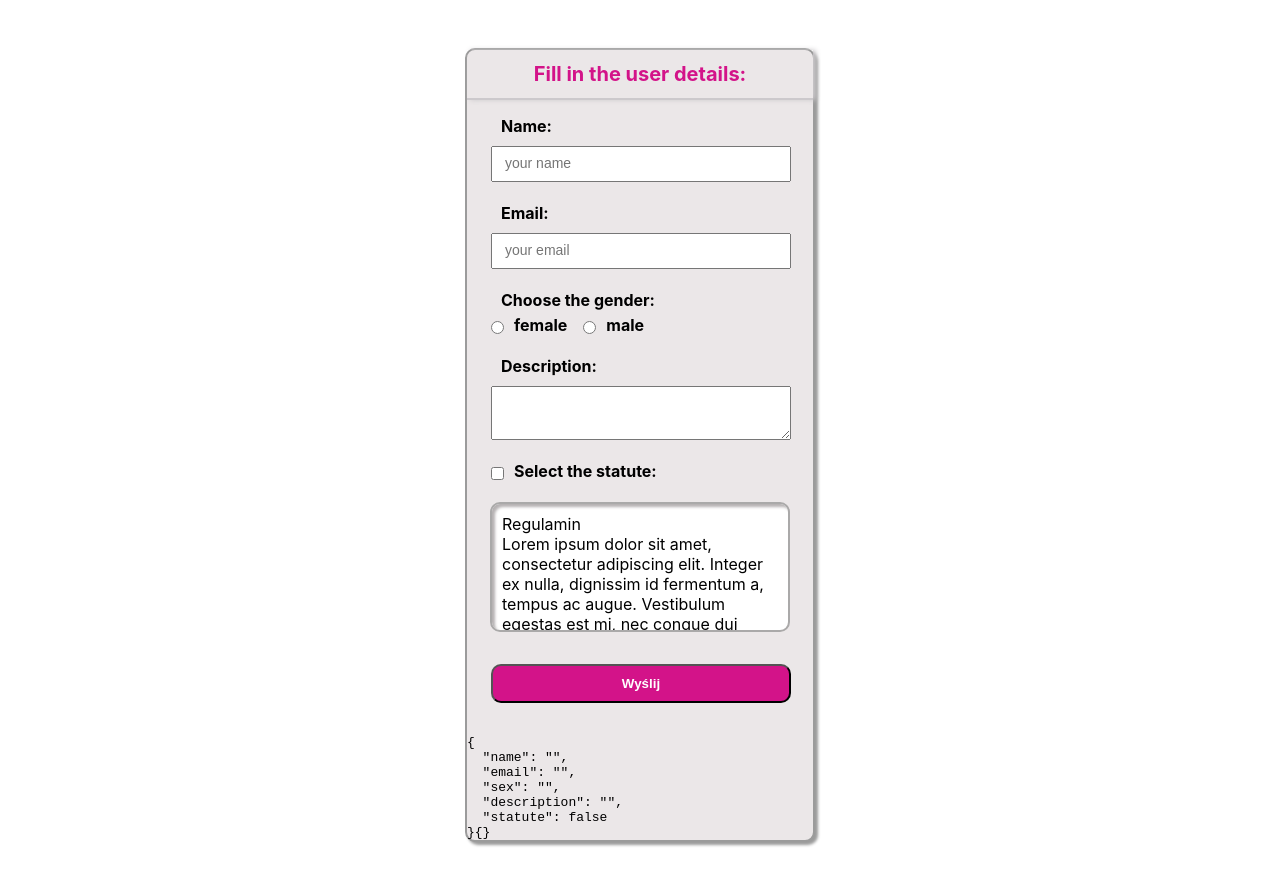
Repository: KrzysKolo/sr_tydzien4_zad3
Page: /
The author's editor kept a copy of each file at every save. The page is drawn from the files as they stood at one save, then again after a run of saves.
The browser window is 1280 px wide. The pictures show the whole page.
The project was rebuilt for these pictures with package versions that can differ from the ones it lists, and the page was loaded fresh each time. Also part of the build but not shown: src/components/FormComponents/TextError.js.

Above is the page before, as saved 2020-11-20 10:45:21.

After the next 2 saves:
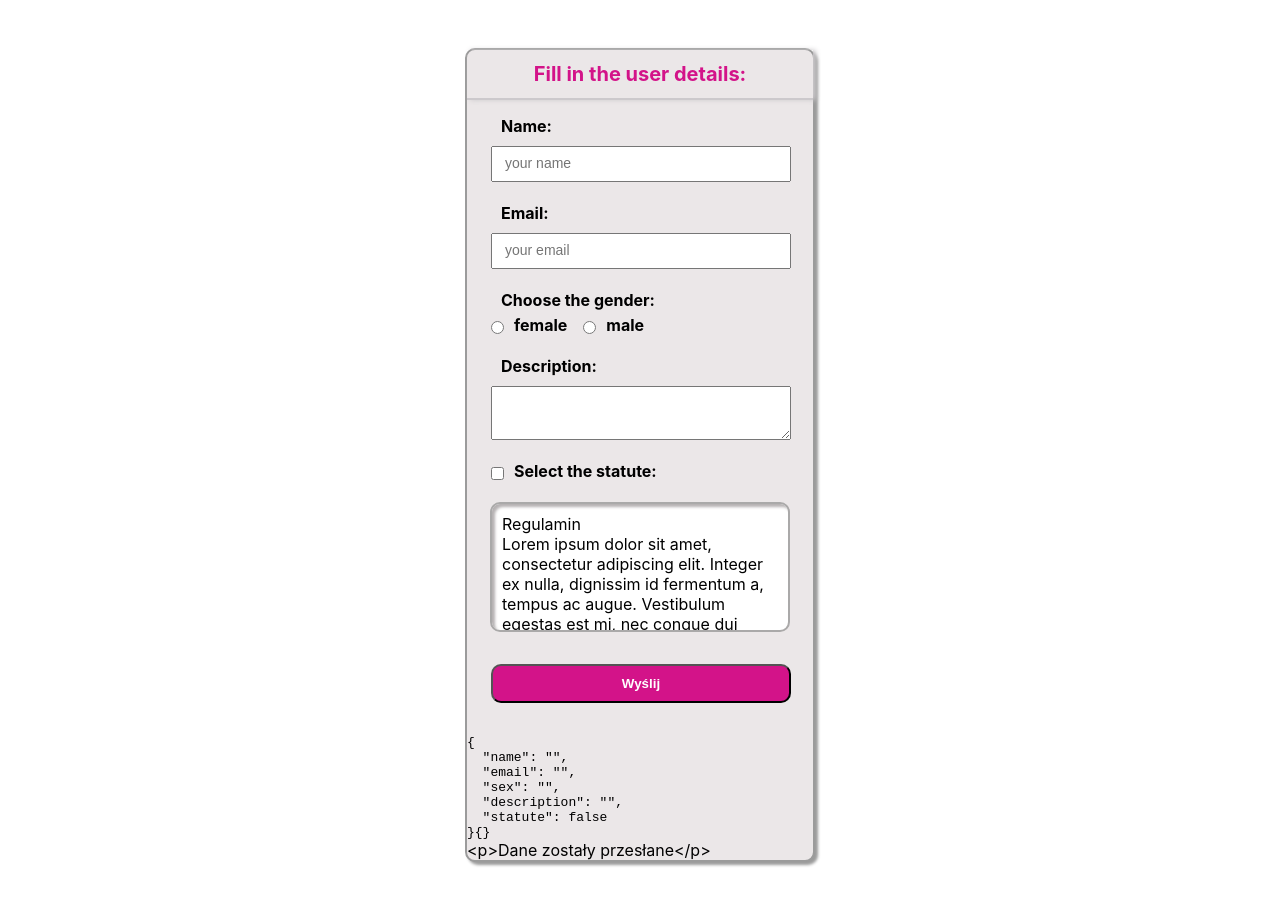
The 2 saves are shown as one change because 1 did not build or start.
The last was saved 65 s later.
--- a/src/components/Formik/FormikContainer.js
+++ b/src/components/Formik/FormikContainer.js
@@ -21,11 +21,11 @@ const FormikContainer = () => {
         description: yup.string().required('Wpisz kilka słów!').min(2, "Wpisz co najmniej 2 znaki").max(100, "Możesz wpisać max. 250 znaków"),
         statute: yup.boolean().required().oneOf([true], 'Musisz zaznaczyć regulamin!'),
     });
-
+    let messageData = '<p>Dane zostały przesłane</p>';
     const onSubmit = (values, formData) => {
         console.log("SimpleFormVithValidation submited values are:", values);
         formData.resetForm();
-        let messageData = '<p>Dane zostały przesłane</p>';
+
       };
     return (
         <Formik
@@ -54,8 +54,9 @@ const FormikContainer = () => {
 
                     </pre>
 
+                    {messageData}
+                </Form>
 
-                </Form>
             )
 
             }

After the save that followed:
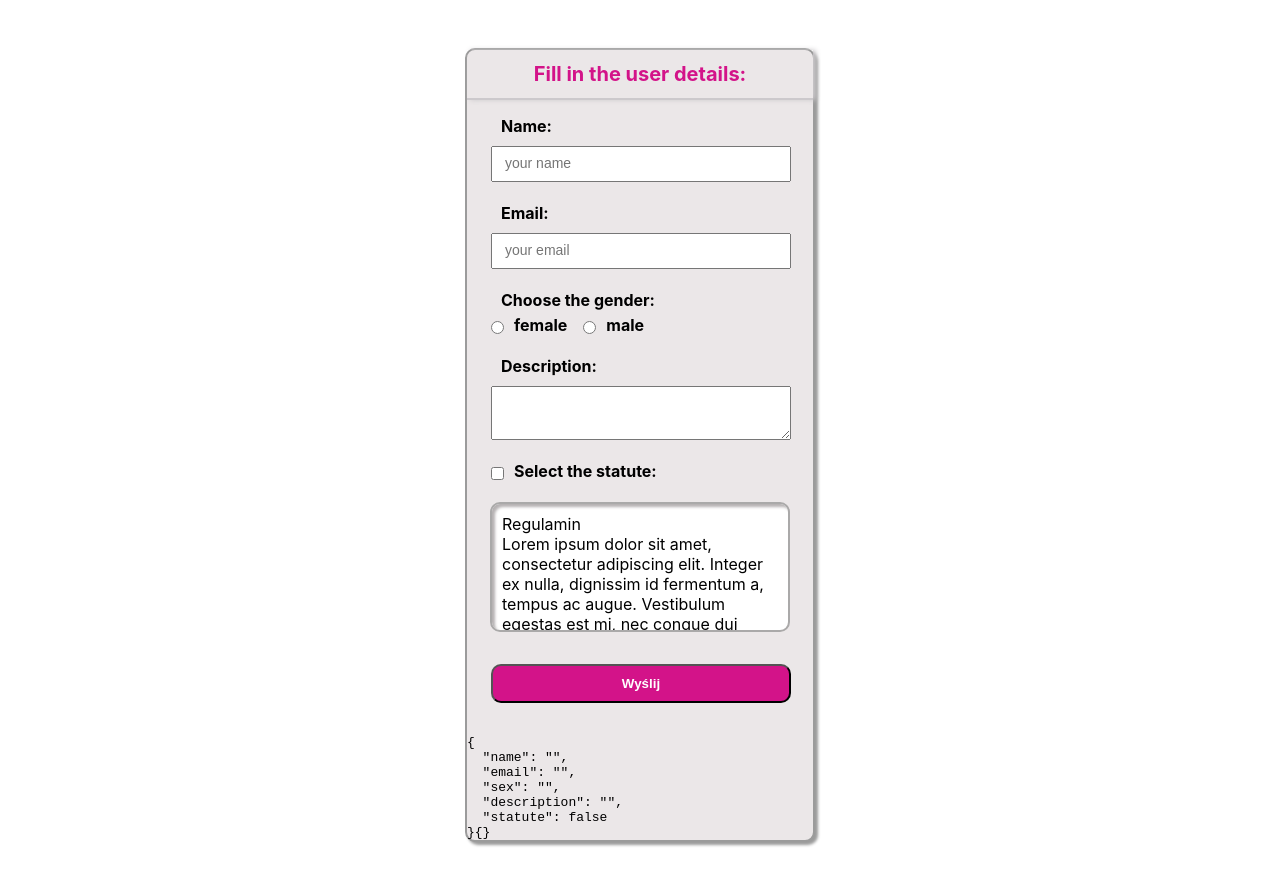
Saved 35 s later.
--- a/src/components/Formik/FormikContainer.js
+++ b/src/components/Formik/FormikContainer.js
@@ -21,11 +21,11 @@ const FormikContainer = () => {
         description: yup.string().required('Wpisz kilka słów!').min(2, "Wpisz co najmniej 2 znaki").max(100, "Możesz wpisać max. 250 znaków"),
         statute: yup.boolean().required().oneOf([true], 'Musisz zaznaczyć regulamin!'),
     });
-    let messageData = '<p>Dane zostały przesłane</p>';
+    let messageData = () => {'<p>Dane zostały przesłane</p>'};
     const onSubmit = (values, formData) => {
         console.log("SimpleFormVithValidation submited values are:", values);
         formData.resetForm();
-
+        messageData();
       };
     return (
         <Formik
